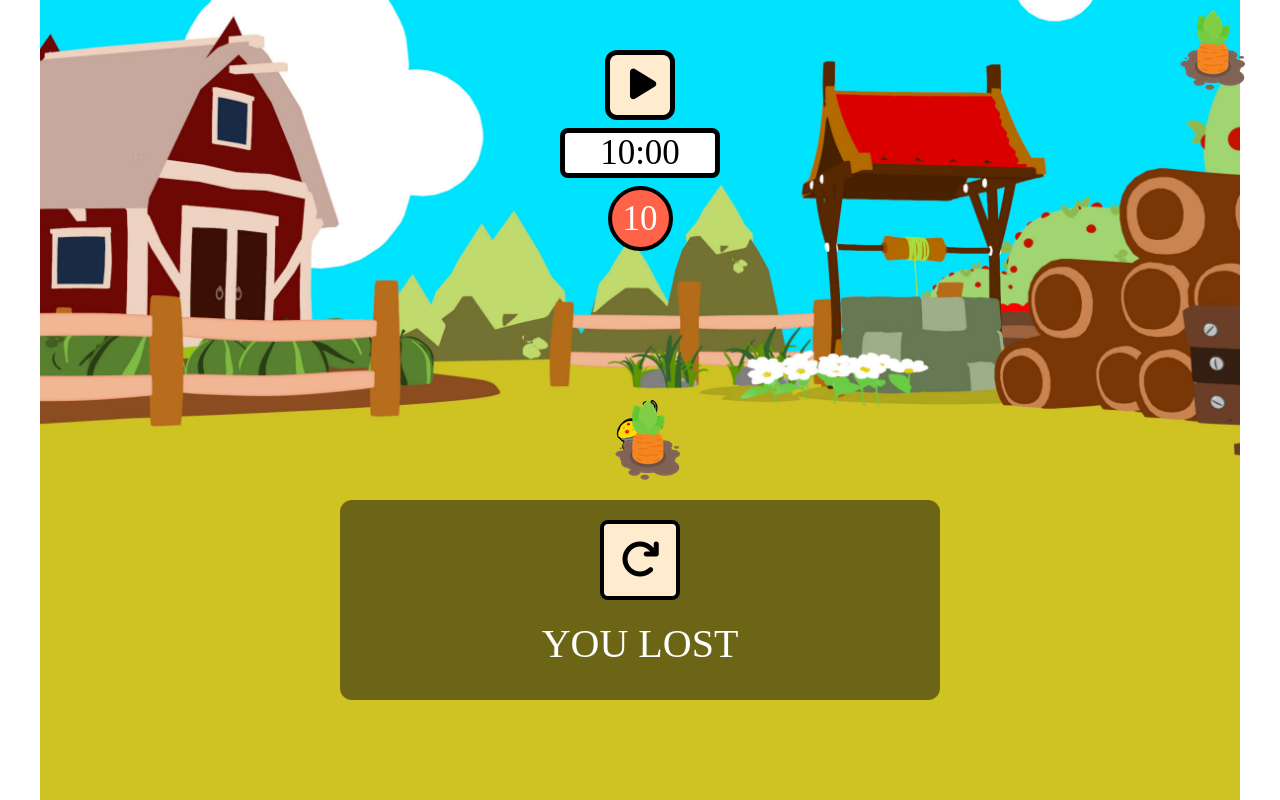
Repository: keehoonjung/Bug-Game
Page: index.html
An editor plug-in stored every save of this project. The page is shown before and after the next save, followed by the edit.
The browser window is 1280 px wide. The pictures show the whole page.
Some web libraries are served in a nearby version.

Above is the page before, as saved 2021-08-10 11:38:46.
Console error: TypeError: Cannot read properties of null (reading 'addEventListener')

### index.html
<!DOCTYPE html>
<html lang="en">
<head>
    <meta charset="UTF-8">
    <meta http-equiv="X-UA-Compatible" content="IE=edge">
    <meta name="viewport" content="width=device-width, initial-scale=1.0">
    <title>Document</title>
    <link rel="stylesheet" href="style.css">
    <script src="main.js"></script>
    <script src="https://kit.fontawesome.com/a7a8d59961.js" crossorigin="anonymous"></script>
</head>
<body>
    <section class="container">
        <section class="header">
            <button class="play__btn">
                <i class="fas fa-play"></i>
            </button>
            <div class="timer">
                10:00
            </div>
            <div class="count">10</div>
        </section>
        <section class="playground">
            <img src="./img/carrot.png" alt="carrot" class="carrot">
            <img src="./img/carrot.png" alt="carrot" class="bug">
            <img src="./img/bug.png" alt="bug">
        </section>
        <div class="popup">
            <button class="popup__btn">
                <i class="fas fa-redo"></i>
            </button>
            <div class="popup__message">YOU LOST</div>
        </div>
    </section>
</body>
</html>

### style.css
* {
  box-sizing: border-box;
}

body {
  margin: 0;
  text-align: center;
}

.container {
  background: center/ cover no-repeat url(/img/background.png);
  width: 1200px;
  height: 800px;
  margin: auto;
}

.header {
  height: 400px;
  padding-top: 50px;
}

.play__btn {
  width: 70px;
  height: 70px;
  background-color: blanchedalmond;
  font-size: 35px;
  border: 5px solid black;
  border-radius: 12px;
  padding-left: 12px;
  margin-bottom: 8px;
}

.timer {
  margin: auto;
  width: 160px;
  height: 50px;
  border: 5px solid black;
  border-radius: 8px;
  font-size: 35px;
  background-color: white;
  margin-bottom: 8px;
}

.count {
  margin: auto;
  width: 65px;
  height: 65px;
  background-color: tomato;
  border: 4px solid black;
  border-radius: 50%;
  font-size: 35px;
  padding: 9px 0;
  color: white;
}

.playground {
  height: 400px;
}

.carrot {
  position: absolute;
  top: 10px;
  right: 20px;
}

.bug {
  position: absolute;
}

.popup {
  position: relative;
  bottom: 300px;
  left: 300px;
  width: 600px;
  height: 200px;
  background-color: rgba(9, 9, 9, 0.5);
  padding-top: 20px;
  border-radius: 12px;
}

.popup__btn {
  width: 80px;
  height: 80px;
  background-color: blanchedalmond;
  border: 4px solid black;
  border-radius: 8px;
  font-size: 40px;
  margin-bottom: 20px;
}

.popup__message {
  font-size: 40px;
  color: white;
}

### main.js
"use strict";

// 1. 플레이 버튼 누르면 벌래랑 당근 만들기.
const carroutCount = 10;
const bugCount = 6;

const playBtn = document.querySelector(".play__btn");
const playground = document.querySelector(".playground");

playBtn.addEventListener("click", () => {
  createItem();
});

function createItem() {
  createCarrot(carroutCount);
  createBug(bugCount);
}

// 2. 플레이 버튼 누르면 시간 감소

// 3. 당근, 벌래 누르면 없어짐

// 4. 당근 없어질때마다 카운트 감소

// 5. 카운트가 다 달면 팝업 보이기, 시간 다달면 팝업 보이기, 벌래 클릭하면 팝업 보이기

After the next save:
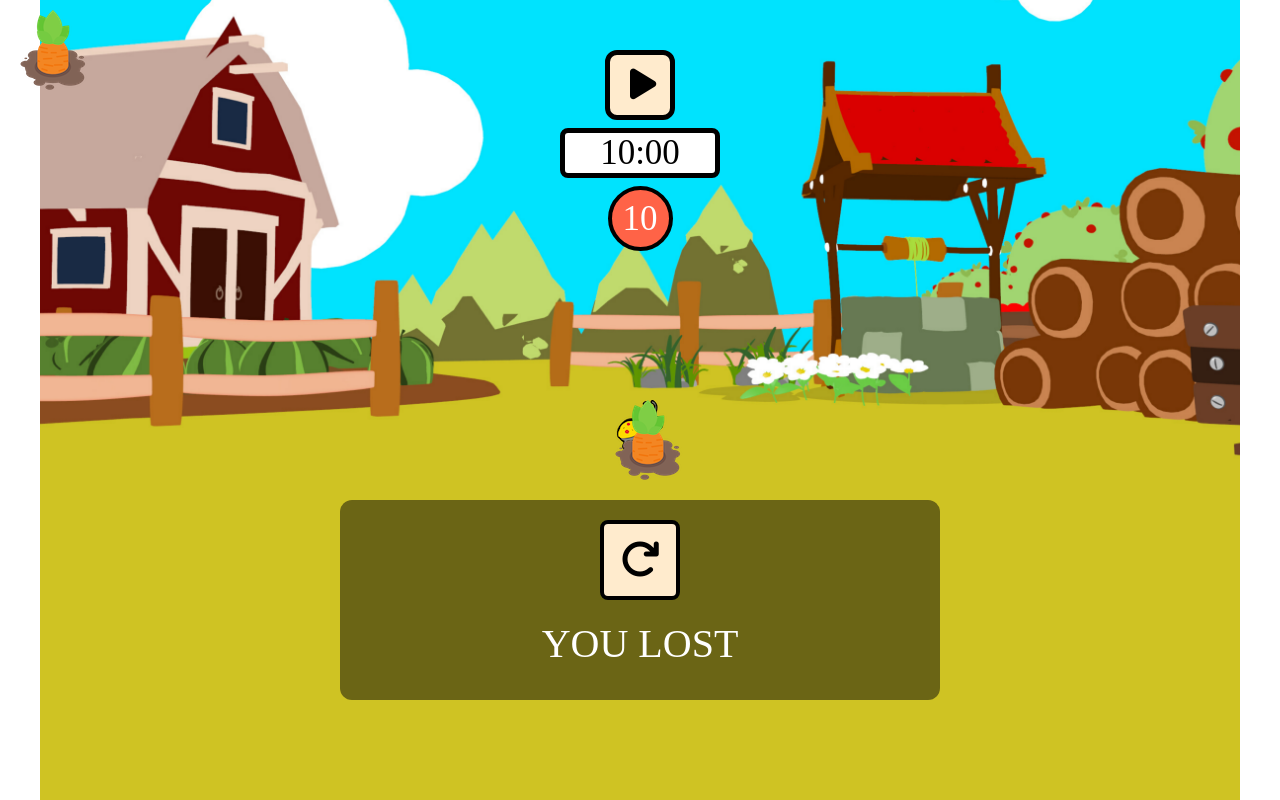
Saved 13 s later.
--- a/style.css
+++ b/style.css
@@ -60,7 +60,7 @@ body {
 .carrot {
   position: absolute;
   top: 10px;
-  right: 20px;
+  left: 20px;
 }
 
 .bug {
